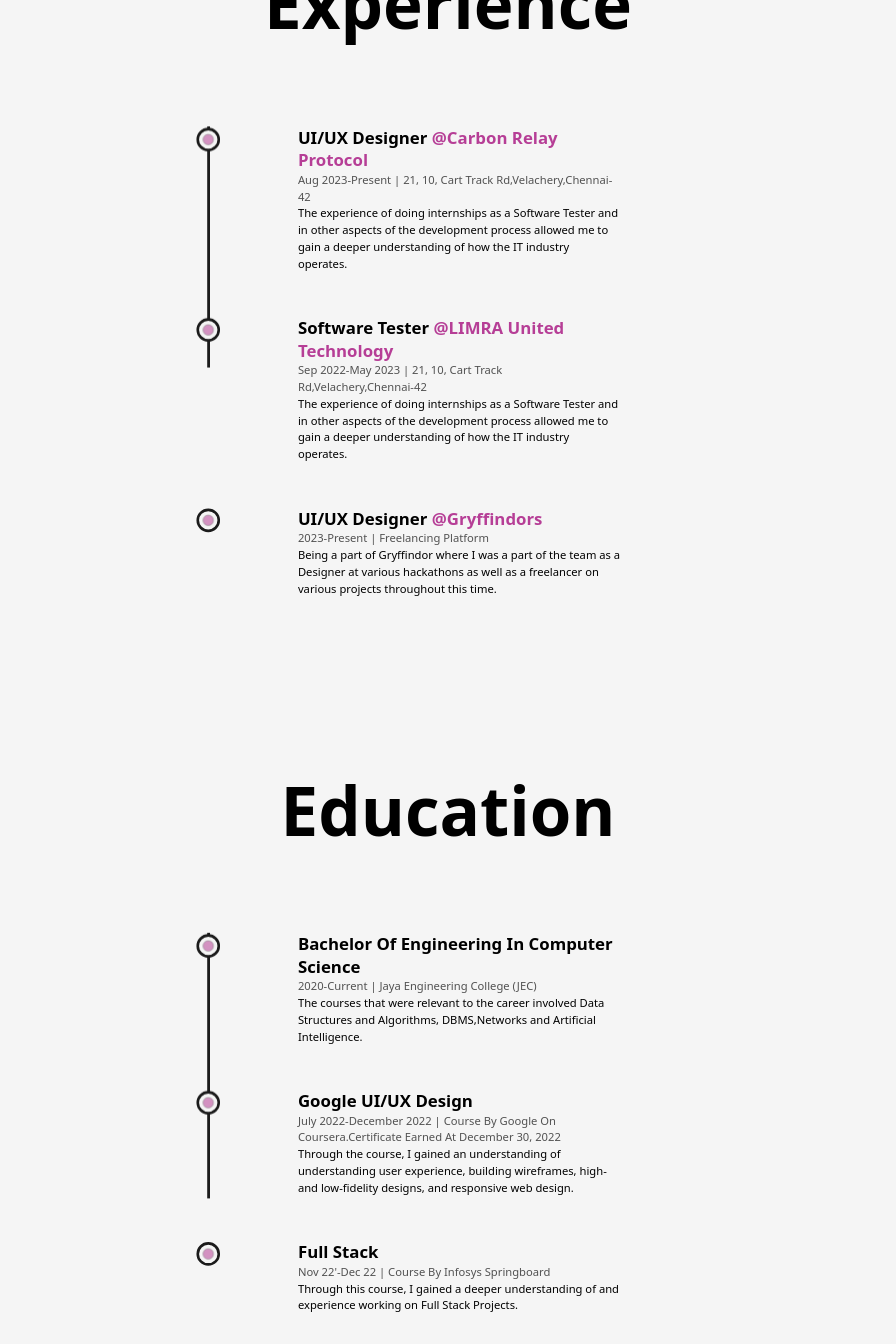
Repository: SMaheshwaran/PP
Page: /about
These files come from the project's save history. The page is drawn as it stood at one moment and after a run of saves; the edit follows.
The browser window is 1280 px wide. The pictures show the part of the page from y = 2262 to 4182 px (the page is 5364 px tall before and 5340 px after), at 70% of full size.
The project was rebuilt for these pictures with package versions that can differ from the ones it lists, and the page was loaded fresh each time. The framework's server and built-in components were replaced by stand-ins that run in the browser. Also part of the build but not shown: next.config.js.

Above is the page before, as saved 2023-11-01 14:09:56.

After the next 3 saves:
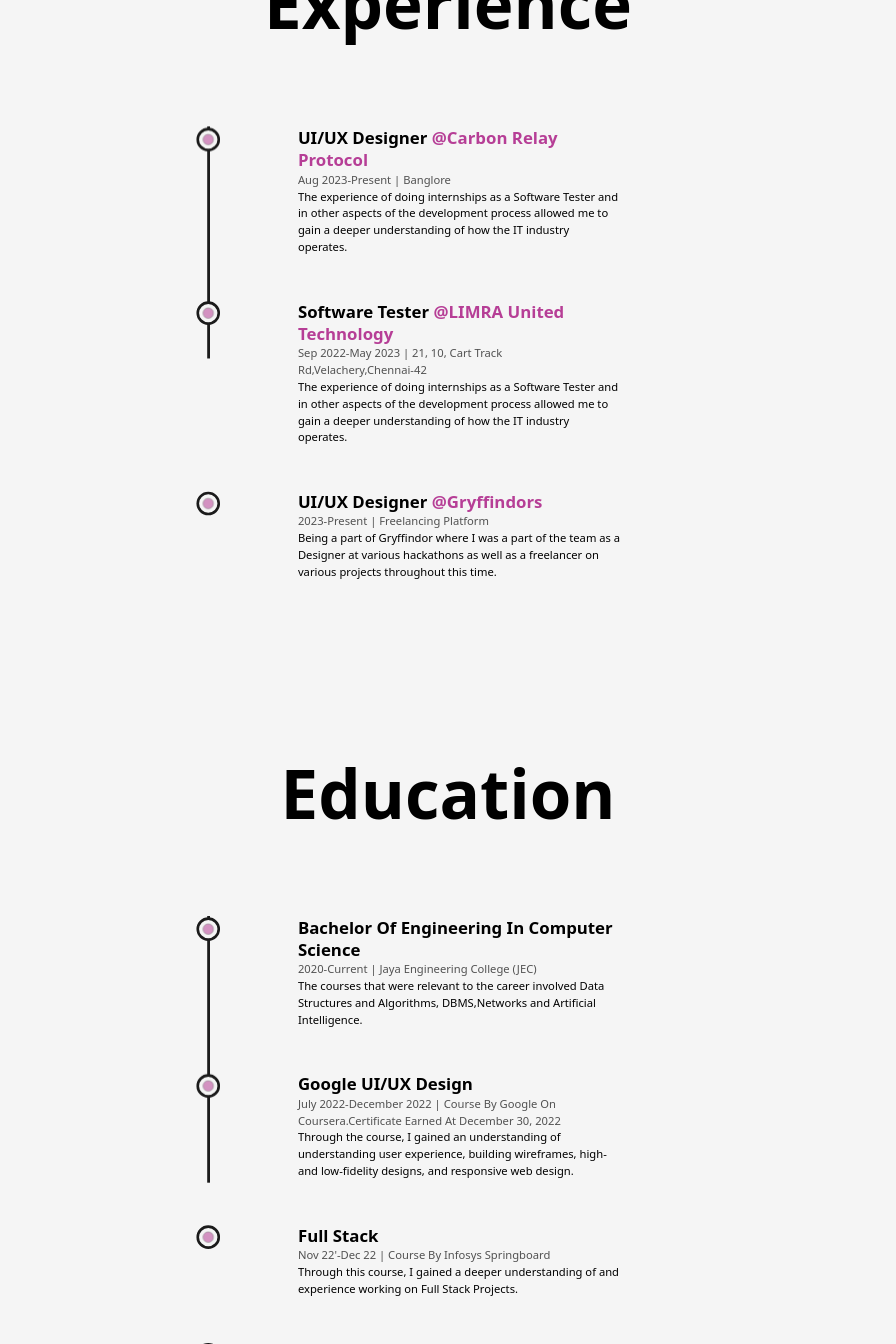
The 3 saves are shown as one change because they came seconds apart.
The last was saved 14 s later.
--- a/src/components/Experience.js
+++ b/src/components/Experience.js
@@ -61,7 +61,7 @@ md:w-[2px] md:left-[35px] xs:left-[33px]
             company="Carbon Relay Protocol"
             commpanyLink="https://www.linkedin.com/company/limraunited/mycompany/"
             time="Aug 2023-Present"
-            address="21, 10, Cart Track Rd,Velachery,Chennai-42"
+            address="Banglore"
             work="The experience of doing internships as a Software Tester and in other aspects of the development process allowed me to gain a deeper understanding of how the IT industry operates."
             />
 
